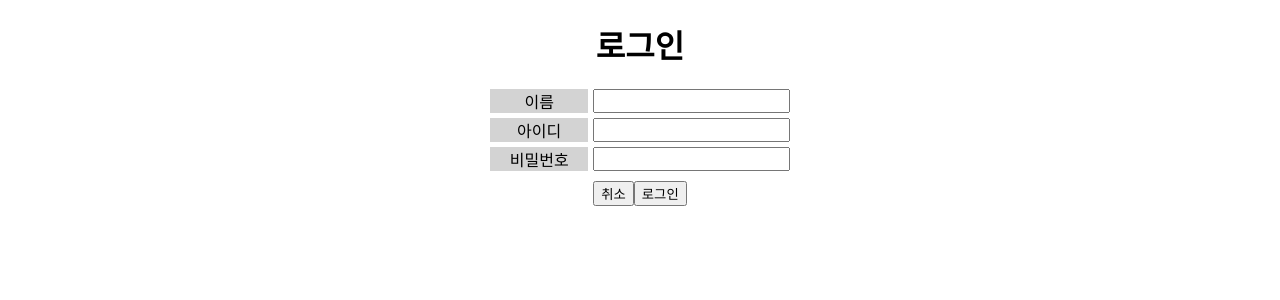
Repository: pvntlc/D-IT-Tech-Internship
Page: work_web/Day3_CMS/src/main/webapp/register.html
The author's editor kept a copy of each file at every save. The page is drawn from the files as they stood at one save, then again after the next save.
The browser window is 1280 px wide. The pictures show the whole page.

Above is the page before, as saved 2023-09-11 06:28:48.

After the next save:
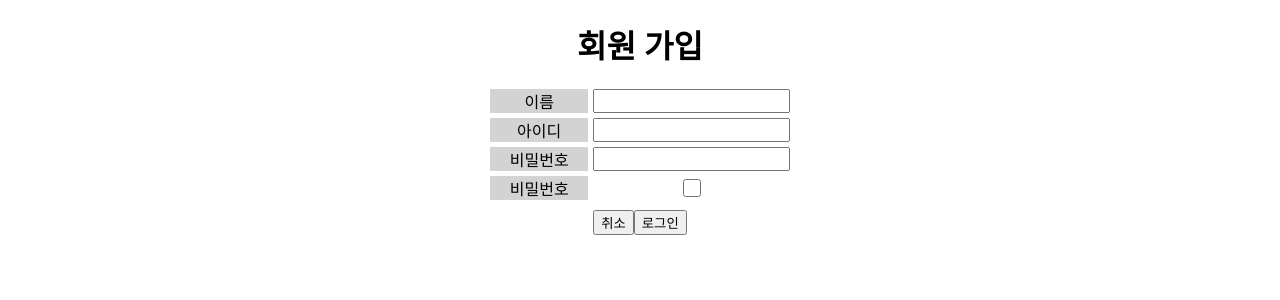
Saved 13 min 50 s later.
--- a/work_web/Day3_CMS/src/main/webapp/register.html
+++ b/work_web/Day3_CMS/src/main/webapp/register.html
@@ -4,7 +4,7 @@
 <head>
 	<meta charset="UTF-8">
 	<meta name="viewport" content="width=device-width, initial-scale=1.0">
-	<title>로그인</title>
+	<title>회원가입</title>
 
 	<style>
 		h1 {
@@ -35,12 +35,13 @@
 </head>
 
 <body>
-	<h1>로그인</h1>
+	<h1>회원 가입</h1>
 	<form method="POST" action="main.do">
 		<div id="container">
-			<label for="name">이름</label><input type="text" id="name" name="name" required />
+			<label for="userName">이름</label><input type="text" id="userName" name="userName" required />
 			<label for="userid">아이디</label><input type="text" id="userid" name="userid" required />
 			<label for="pw">비밀번호</label><input type="password" id="pw" name="pw" minlength="6" />
+			<label for="conts">비밀번호</label><input type="checkbox" id="conts" name="conts" />
 		</div>
 		<div id="btn">
 			<input type="reset" value="취소" /><input type="submit" value="로그인" />
